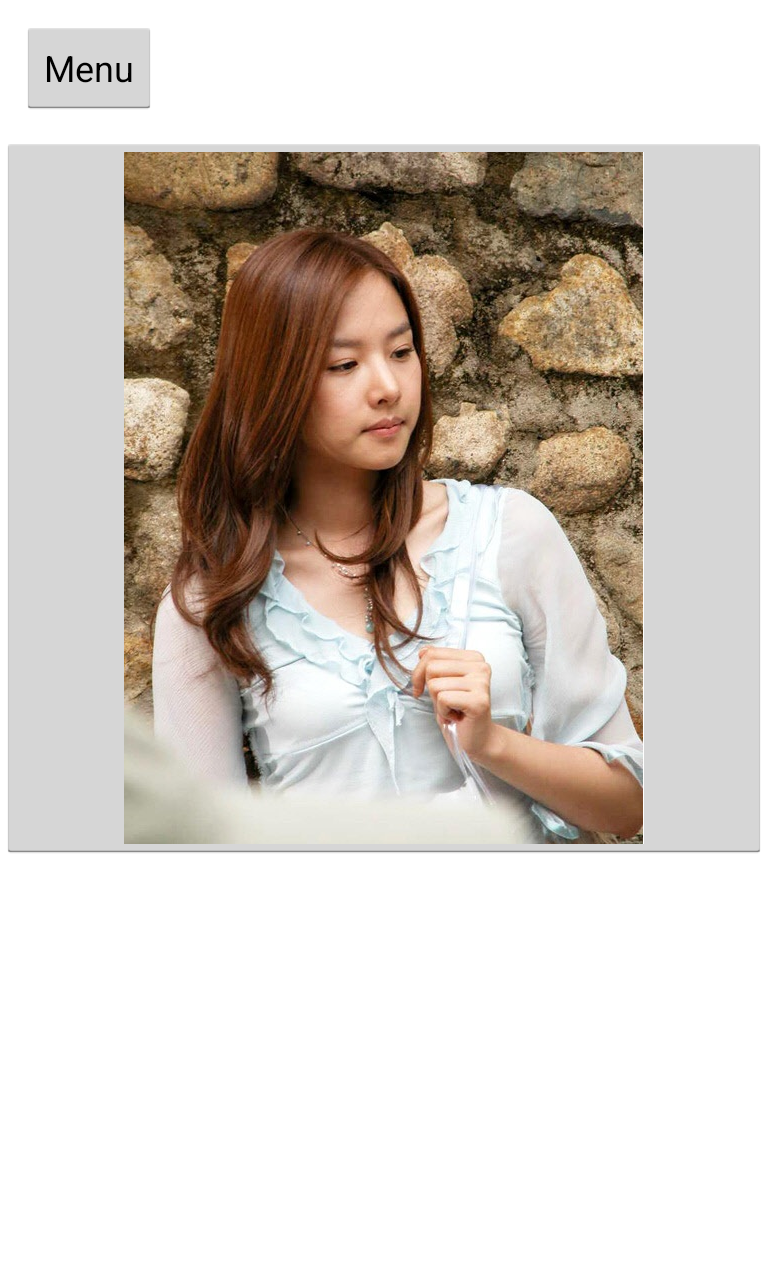
Repository: venusgo/movieClient
Layout: movie_client/res/layout/activity_main.xml
The author's editor kept a copy of each file at every save. The layout is drawn from the files as they stood at one save, then again after the next save.
It is drawn on a 768 x 1280 px phone screen (xhdpi) without system bars, with theme AppTheme; the app's code is not run.

Above is the layout before, as saved 2013-09-30 05:36:42.

### movie_client/res/layout/activity_main.xml
<LinearLayout xmlns:android="http://schemas.android.com/apk/res/android"
    xmlns:tools="http://schemas.android.com/tools"
    android:layout_width="fill_parent"
    android:layout_height="match_parent"
    android:orientation="vertical" >

    <FrameLayout
        android:layout_width="fill_parent"
        android:layout_height="match_parent"
        android:background="#ffffff"
        android:orientation="vertical" >

        <LinearLayout
            android:id="@+id/ll_menuLayout"
            android:layout_width="match_parent"
            android:layout_height="match_parent"
            android:background="#ff393c46"
            android:gravity="left"
            android:orientation="vertical"
            android:textColor="#ff000000" >

            <!-- include -->

            <include
                android:id="@+id/ic_leftslidemenu"
                android:layout_width="match_parent"
                android:layout_height="match_parent"
                layout="@layout/leftslidemenu" />
        </LinearLayout>

        <!-- slide layout -->

        <LinearLayout
            android:id="@+id/ll_mainlayout"
            android:layout_width="match_parent"
            android:layout_height="match_parent"
            android:background="#ffffffff"
            android:gravity="left"
            android:orientation="vertical" >

            <Button
                android:id="@+id/bt_left"
                android:layout_width="wrap_content"
                android:layout_height="wrap_content"
                android:layout_margin="10dp"
                android:text="Menu" />

            <LinearLayout
                android:layout_width="match_parent"
                android:layout_height="wrap_content"
                android:orientation="horizontal">

			    <ImageButton
			        android:layout_width="match_parent"
			        android:layout_height="match_parent"
			        android:src="@drawable/poster" />


            </LinearLayout>

        </LinearLayout>

    </FrameLayout>


    <FrameLayout
        android:layout_width="match_parent"
        android:layout_height="match_parent" >

        <LinearLayout
            android:id="@+id/ll_fragment"
            android:layout_width="match_parent"
            android:layout_height="wrap_content"
            android:orientation="vertical" >

        </LinearLayout>

        <LinearLayout
            android:id="@+id/ll_empty"
            android:layout_width="match_parent"
            android:layout_height="match_parent"
            android:background="@android:color/transparent"
            android:orientation="vertical" >

        </LinearLayout>

    </FrameLayout>

</LinearLayout>

### movie_client/res/layout/leftslidemenu.xml
<LinearLayout xmlns:android="http://schemas.android.com/apk/res/android"
    xmlns:tools="http://schemas.android.com/tools"
    android:layout_width="fill_parent"
    android:layout_height="match_parent"
    android:background="#994444cc"
    android:orientation="vertical"
    android:padding="10dp" >

    <Button
        android:id="@+id/btn1"
        android:layout_width="fill_parent"
        android:layout_height="wrap_content"
        android:text="Button 1 " />

    <Button
        android:id="@+id/btn2"
        android:layout_width="fill_parent"
        android:layout_height="wrap_content"
        android:text="Button 2 " />

    <Button
        android:id="@+id/btn3"
        android:layout_width="fill_parent"
        android:layout_height="wrap_content"
        android:text="Button 3 " />

    <Button
        android:id="@+id/btn4"
        android:layout_width="fill_parent"
        android:layout_height="wrap_content"
        android:text="Button 4 " />

</LinearLayout>

Loaded but not shown: movie_client/res/values/styles.xml (common file); movie_client/res/values-v11/styles.xml (common file); movie_client/res/values-v14/styles.xml (common file)

After the next save:
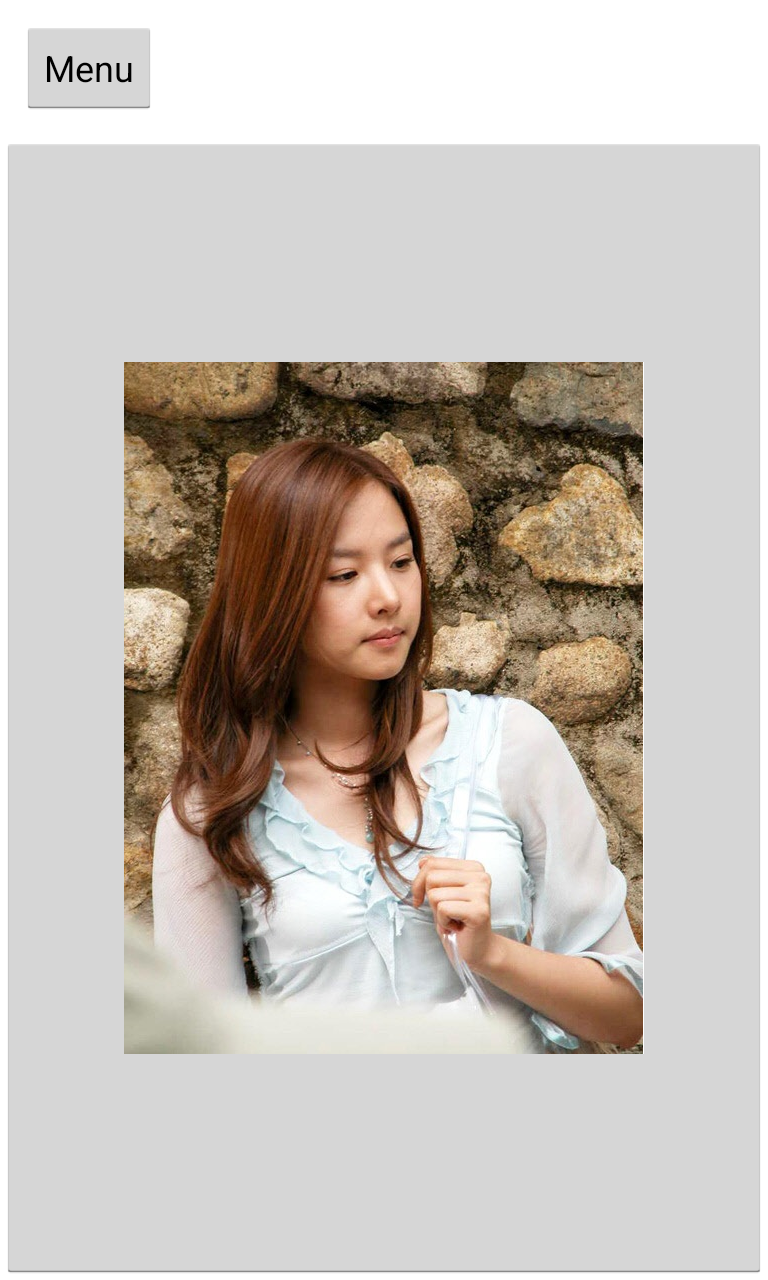
Saved 33 s later.
--- a/movie_client/res/layout/activity_main.xml
+++ b/movie_client/res/layout/activity_main.xml
@@ -45,18 +45,10 @@
                 android:layout_margin="10dp"
                 android:text="Menu" />
 
-            <LinearLayout
+            <ImageButton
                 android:layout_width="match_parent"
-                android:layout_height="wrap_content"
-                android:orientation="horizontal">
-
-			    <ImageButton
-			        android:layout_width="match_parent"
-			        android:layout_height="match_parent"
-			        android:src="@drawable/poster" />
-
-
-            </LinearLayout>
+                android:layout_height="match_parent"
+                android:src="@drawable/poster" />
 
         </LinearLayout>
 
